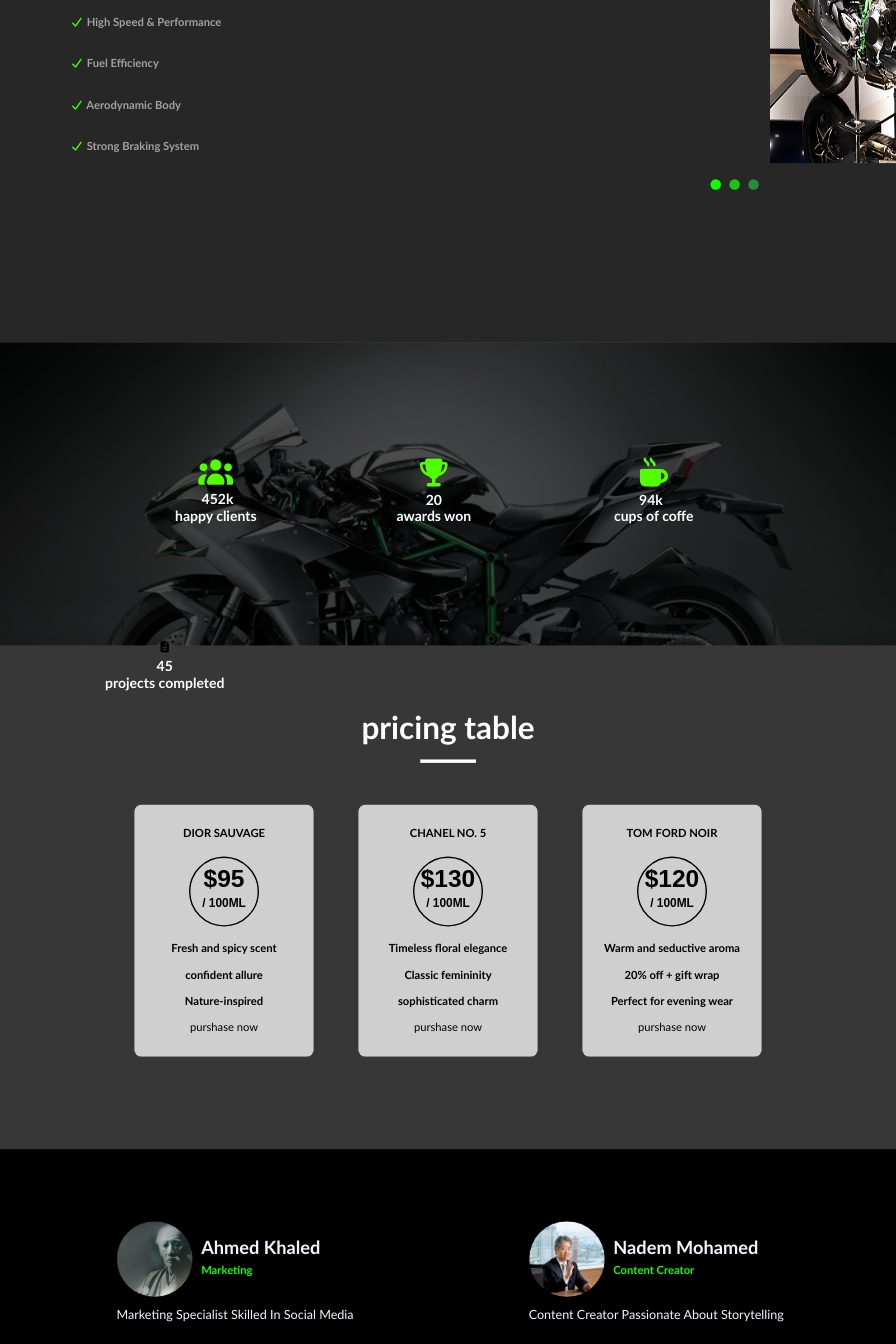
Repository: mustafasayed075-stack/project1
Page: index.html
These files come from the project's save history. The page is drawn as it stood at one moment and after the next save; the edit follows.
The browser window is 1280 px wide. The pictures show the part of the page from y = 3104 to 5024 px (the page is 6669 px tall), at 70% of full size.
Backgrounds fixed to the window are drawn as part of the page.

Above is the page before, as saved 2025-09-20 19:20:49.

After the next save:
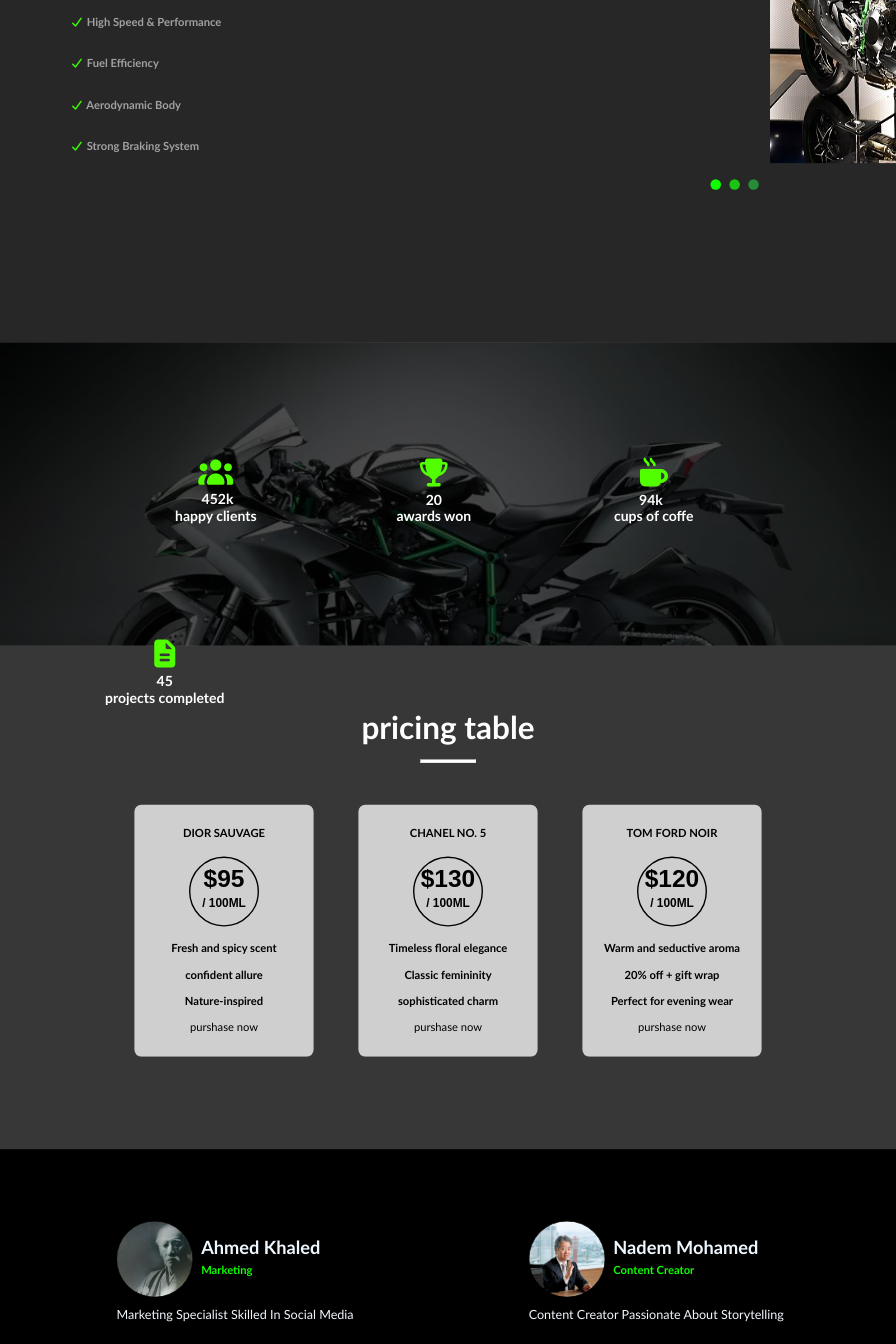
Saved 14 s later.
--- a/index.html
+++ b/index.html
@@ -220,7 +220,7 @@
                             <p class="coffe">cups of coffe</p>
                         </div> <!-- section6-div3 -->
                         <div class="section6-div4">
-                            <i class="fa-solid fa-file-lines"></i>
+                            <i class="fa-solid fa-file-lines icn"></i>
                             <p class="p64">45</p>
                             <p class="file">projects completed</p>
                         </div> <!-- section6-div4 -->
